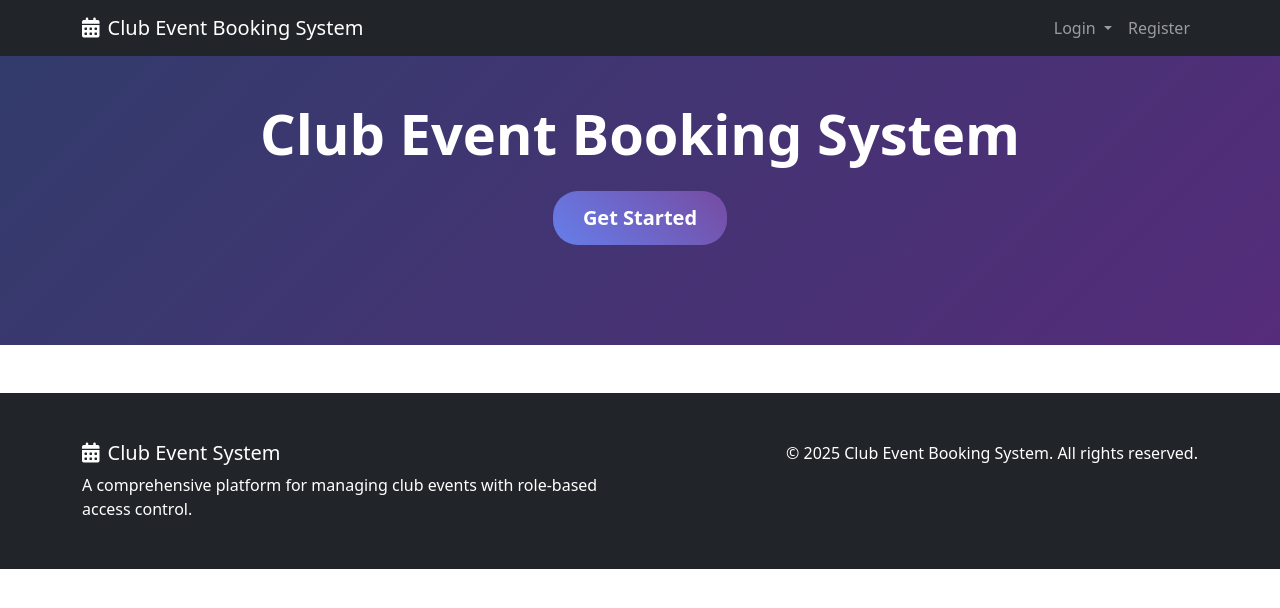
Repository: vipinsamy-sys/clubevent
Page: public/index.html
An editor plug-in stored every save of this project. The page is shown before and after the next save, followed by the edit.
The browser window is 1280 px wide. The pictures show the whole page.

Above is the page before, as saved 2025-10-20 14:26:47.

After the next save:
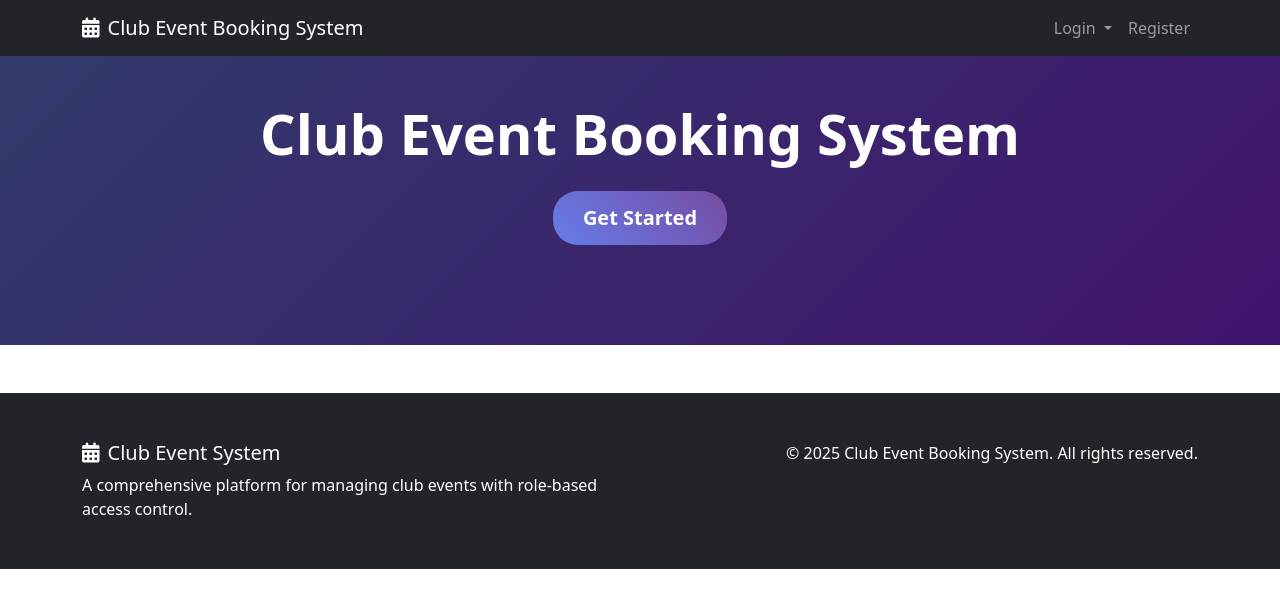
Saved 12 s later.
--- a/public/index.html
+++ b/public/index.html
@@ -8,7 +8,7 @@
     <link rel="stylesheet" href="https://cdnjs.cloudflare.com/ajax/libs/font-awesome/6.5.0/css/all.min.css">
     <style>
         .main-section {
-            background: linear-gradient(135deg, #313c6b 0%, #552c7a 100%);
+            background: linear-gradient(135deg, #313c6b 0%, #41136d 100%);
             color: white;
             padding: 100px 0;
             text-align: center;
